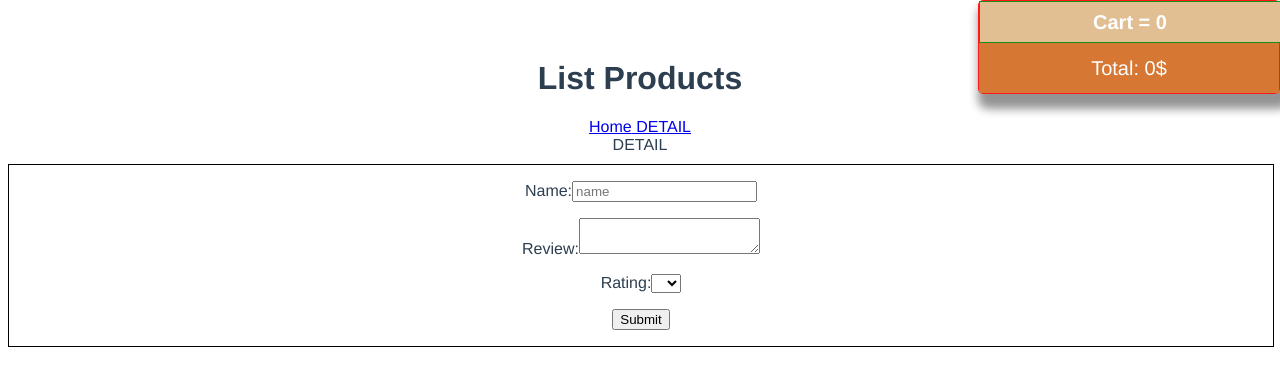
Repository: thanhdat130298/ncc-cart
Page: /#/detail
These files come from the project's save history. The page is drawn as it stood at one moment and after the next save; the edit follows.
The browser window is 1280 px wide. The pictures show the whole page.
The page's requests for data from a server got no answer. The project was rebuilt for these pictures with package versions that can differ from the ones it lists, and the page was loaded fresh each time. No one was signed in, and anything a server would have sent is missing. Also part of the build but not shown: src/components/home.vue.

Above is the page before, as saved 2020-03-18 11:21:52.

### src/main.js
import Vue from "vue";
import App from "./App.vue";
import store from "./store.js";
import router from "./routes"


Vue.config.productionTip = false;
Vue.use({ store });
new Vue({
  store,
  router,
  render: h => h(App)
}).$mount("#app");

### src/App.vue
<template>
  <div id="app">
    <h1>List Products</h1>
    <div>
      <router-link to="/home"> Home</router-link>
      <router-link to="/detail"> DETAIL</router-link>
    </div>
    <router-view />
    <product />
    <cart />
    <review />
  </div>
</template>

 <script>
import product from "./components/product.vue";
import Review from "./components/review.vue";
import Cart from "./components/cart.vue";

export default {
  name: "App",
  components: {
  product,
  Review,
  Cart
  }
};
</script>

<style>
#app {
  font-family: Avenir, Helvetica, Arial, sans-serif;
  -webkit-font-smoothing: antialiased;
  -moz-osx-font-smoothing: grayscale;
  text-align: center;
  color: #2c3e50;
  margin-top: 60px;
}
</style>

### src/store.js
import Vue from "vue";
import Vuex from "vuex";
import axios from "axios";
import VueAxios from "vue-axios";
Vue.use(Vuex);
Vue.use(VueAxios, axios);
export default new Vuex.Store({
  state: {
    products: [],
    carts: []
  },
  getters: {
    getProducts: state => state.products,
    inCart: state => state.carts
  },
  mutations: {
    SAVE_PRODUCT(state, proApi) {
      state.products = proApi;
    },
    SAVE_CART(state, cartApi) {
      state.carts = cartApi;
    },
    updateCart(state, product) {
      let found = this.state.carts.find(array => {
        return array.idPro == product.idPro;
      });
      if (found) {
        found.qty++;
      } else {
        this.state.carts.push({
          qty: 1,
          idPro: product.idPro,
          name: product.name,
          price: product.price
        });
      }
      product.proStatic --;
    }
  },
  actions: {
    //get product from API
    listProduct({ commit }) {
      Vue.axios
        .get("http://localhost:3000/product/get")
        .then(result => {
          commit("SAVE_PRODUCT", result.data);
        })
        .catch(error => {
          throw new Error(`API ${error}`);
        });
    },

    //GET from cart api
    listCart({ commit }) {
      Vue.axios
        .get("http://localhost:3000/cart")
        .then(result => {
          commit("SAVE_CART", result.data);
        })
        .catch(error => {
          throw new Error(`API ${error}`);
        });
    },
    //post to cart API
    saveCart(state, product) {
        Vue.axios
          .post("http://localhost:3000/cart/create", {
            idPro: product.idPro,
            price: product.price,
            name: product.name,
            qty: 1
          })
          .catch(error => {
            console.log(error)
          console.log("else");
          });

    },
    callUpdateCart({ commit }, product) {
      commit("updateCart", product);
    }}
});

### src/routes.js
import Vue from "vue";
import Router from "vue-router";
import home from "@/components/home";
import detail from "@/components/detail";
Vue.use(Router);
export default new Router({
  routes: [
    {
      path: "/home",
      name: "home",
      component: home
    },
    {
      path: "/detail",
      name: 'detail',
      component: detail
    }
  ]
});

### src/components/product.vue
<template>
  <div>
    <div class="container">
      <div class="clear"></div>
      <div v-for="product in arrProduct" :key="product.idPro">
        <div class="product">
          <img :src="product.image" alt="image" />
          <div>{{ product.name }}</div>
          <div class="static">
            <p
              v-if="product.proStatic >= 10"
              style="background-image: linear-gradient(to right, white, green, white);color: white;"
            >
              Selling
            </p>
            <p
              v-else-if="product.proStatic < 10 && product.proStatic > 0"
              style="background-image: linear-gradient(to right, white, red, white);color: white;"
            >
              Limit
            </p>
            <p
              v-else
              style="background-image: linear-gradient(to right, white, #808080, white);color: white;"
            >
              Empty
            </p>
            <ul>
              <li>Meterial: {{ product.meterial }}</li>
              <li>Fabric: {{ product.fabric }}</li>
              <li>Real: {{ product.real }}</li>
              <li>Price: {{ product.price }}</li>
            </ul>
            <button
              v-on:click="updateCart(product)"
              :disabled="!check(product)"
              :class="{ disable: !check(product) }"
            >
              ADD TO CART
            </button>
          </div>
        </div>
      </div>
    </div>
  </div>
</template>

<script>
export default {
  name: "product",
  computed: {
    arrProduct() {
      return this.$store.getters.getProducts;
    }
  },
  created () {
    this.$store.dispatch("listProduct");
  },
  methods: {
    updateCart(product) {
     // console.log("aa", product)
      this.$store.dispatch("callUpdateCart", product);
      this.$store.dispatch("saveCart", product);
    },
    check(product) {
      if (product.proStatic > 0) {
        return true;
      }
      return false;
    }
  }
};
</script>
<style scoped>
.disable {
  background-color: black;
}
.total {
  clear: left;
  color: white;
  height: 50px;
  line-height: 50px;
  font-size: 20px;
  background-color: chocolate;
}
* {
  margin: 0;
  padding: 0;
}
h3 {
  margin: 40px 0 0;
}
.clear {
  clear: left;
}
form {
  width: 70%;
  margin: 0 auto;
  padding: 10px;
}
ul {
  list-style-type: none;
  padding: 0;
}
li {
  margin: 0;
}
h2 {
  margin: 0;
  padding: 0;
}
p {
  margin: 5px;
}
.dis {
  background-color: yellow;
}
a {
  color: #42b983;
}
img {
  height: 300px;
  width: 90%;
}
.container {
}
.fixed > div {
  width: 100%;
}
.fixed {
  border: 1px solid red;
  position: fixed;
  top: 0;
  right: 0;
  margin-bottom: 100px;
  width: 300px;
  background-color: cornsilk;
}
.cartdetail {
  width: 40%;
  border-bottom: 1px solid black;

  float: left;
}
.product {
  border: 1px solid black;
  float: left;
  margin-left: 1%;
  margin-top: 5%;
  width: 24%;
  box-sizing: border-box;
}
.color-box {
  width: 40px;
  margin-left: 30%;
  height: 40px;
}
button {
  background-color:cornflowerblue;
  color: white;
  outline: none;
  height: 30px;
  border-radius: 10px;

  width: 130px;
}
.cart {
  height: 40px;
  line-height: 40px;
  font-size: 20px;
  background-color: burlywood;
  color: white;
  font-weight: bold;
  width: 100%;
  margin: 0;
  border: 1px solid green;
}
</style>

### src/components/review.vue
<template>
  <div class="container">
    <form class="review-form" @submit.prevent="onSubmit">
      <div class="form-right">
        <p>
          <label for="name">Name:</label>
          <input id="name" v-model="name" placeholder="name" />
        </p>
        <p>
          <label for="review">Review:</label>
          <textarea id="review" v-model="review"></textarea>
        </p>
        <p>
          <label for="rating">Rating:</label>
          <select id="rating" v-model.number="rating">
            <option>5</option>
            <option>4</option>
            <option>3</option>
            <option>2</option>
            <option>1</option>
          </select>
        </p>
        <p>
          <input type="submit" value="Submit" />
        </p>
      </div>
      <div v-for="(review,index) in reviews" v-bind:key="index">
        <span>{{ review.name }}</span>
        <span>{{ review.rating }}</span>
        <span>{{ review.review }}</span
        ><br />
      </div>
      <div v-if="errors.length" class="form-left">
        <b> Please correct the following error(s):</b>
        <ul>
          <li v-for="(error,index) in errors" v-bind:key="index">{{ error }}</li>
        </ul>
      </div>
    </form>
  </div>
</template>
<script>
export default {
  name: "Review",
  data() {
    return {
      review: null,
      rating: null,
      name: null,
      errors: [],
      reviews: []
    };
  },
  methods: {
    onSubmit() {
      this.errors.length=3;
      if (this.name && this.review && this.rating) {
        //GET VALUE NAME, REVIEW, RATING
        this.reviews.push({
          name: this.name,
          review: this.review,
          rating: this.rating
        });
        this.errors.length = 0;
      } else {
        if (!this.name) this.errors.push("Name Required!");
        if (!this.review) this.errors.push("Review Required!");
        if (!this.rating) this.errors.push("Rating Required!");
      }
    }
  },
  computed: {
    show() {
      return this.reviews;
    }
  }
};
</script>
<style scoped>
.form-right {
  width: 100%;
  margin-top: 10px;
  float: left;
}
.form-right {
  border: 1px solid black;
}
span {
  margin-left: 5px;
}
li {
  color: red;
  list-style: none;
}
</style>

### src/components/cart.vue
<template>
  <div>
    <div class="fixed">
      <p class="cart">Cart = {{ Counter }}</p>
      <div v-for="cart in inCart" v-bind:key="cart.idPro" class="cartdetail">
        <div>Product Name: {{ cart.name }}</div>
        <div>Product id: {{ cart.idPro }}</div>
        <div>Choosed: {{ cart.qty }}</div>
        <div>Product Price: {{ cart.price }}$</div>
      </div>
      <div class="total">Total: {{ totalPrice }}$</div>
    </div>
  </div>
</template>

<script>
export default {
  name: "Cart",
  computed: {
    inCart() {
      return this.$store.getters.inCart;
    },
    totalPrice() {
      let sum = 0;
      for (let i = 0; i < this.$store.state.carts.length; i++) {
        sum +=
          this.$store.state.carts[i].price * this.$store.state.carts[i].qty;
        //console.log(this.$store.state.carts)
      }
      return sum;
    },
    Counter() {
      let count = 0;
      for (let i = 0; i < this.$store.state.carts.length; i++) {
        count = count + this.$store.state.carts[i].qty;
      }
      return count;
    }
  },
  created() {
    this.$store.dispatch("listCart");
  }
};
</script>
<style scoped>
.disable {
  background-color: black;
}
.total {
  clear: left;
  color: white;
  height: 50px;
  line-height: 50px;
  font-size: 20px;
  background-color: chocolate;
}
* {
  margin: 0;
  padding: 0;
}
h3 {
  margin: 40px 0 0;
}
.clear {
  clear: left;
}
form {
  width: 70%;
  margin: 0 auto;
  padding: 10px;
}
ul {
  list-style-type: none;
  padding: 0;
}
li {
  margin: 0;
}
h2 {
  margin: 0;
  padding: 0;
}
p {
  margin: 5px;
}
.dis {
  background-color: yellow;
}
a {
  color: #42b983;
}
img {
  height: 300px;
  width: 90%;
}
.container {
}
.fixed > div {
  width: 100%;
}
.fixed {
  box-shadow: 5px 10px 10px 5px #888888;
  opacity: 0.9;
  border: 1px solid red;
  position: fixed;
  top: 0;
  right: 0;
  margin-bottom: 100px;
  border-radius: 5px;
  width: 300px;
  background-color: cornsilk;
}
.cartdetail {
  display: none;
  width: 40%;
  border-bottom: 1px solid black;

  float: left;
}
.pro1 {
  border: 1px solid black;
  float: left;
  margin-left: 1%;
  margin-top: 5%;
  width: 24%;
  box-sizing: border-box;
}
.color-box {
  width: 40px;
  margin-left: 30%;
  height: 40px;
}
button {
  background-color: brown;
  color: white;
  outline: none;
  height: 40px;
  width: 70px;
}
.cart {
  height: 40px;
  line-height: 40px;
  font-size: 20px;
  background-color: burlywood;
  color: white;
  font-weight: bold;
  width: 100%;
  margin: 0;
  border: 1px solid green;
}
</style>

### src/components/detail.vue
<template>
    <div>
        DETAIL
    </div>
</template>
<script>
export default {
  name: "detail",
}
</script>

Loaded but not shown: public/index.html (common file)

After the next save:
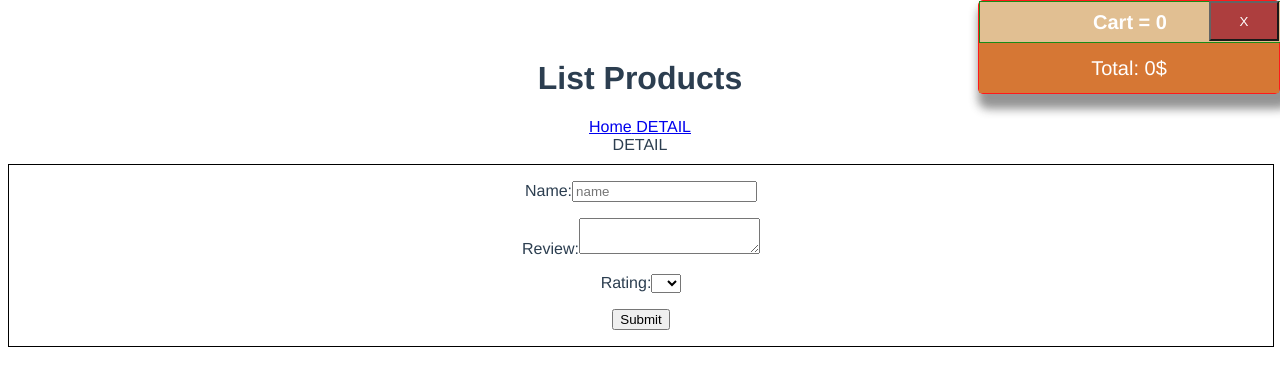
Saved 6 s later.
--- a/src/components/cart.vue
+++ b/src/components/cart.vue
@@ -1,7 +1,7 @@
 <template>
   <div>
     <div class="fixed">
-      <p class="cart">Cart = {{ Counter }}</p>
+      <div class="cart">Cart = {{ Counter }} <button class="x">X</button></div>
       <div v-for="cart in inCart" v-bind:key="cart.idPro" class="cartdetail">
         <div>Product Name: {{ cart.name }}</div>
         <div>Product id: {{ cart.idPro }}</div>
@@ -45,6 +45,12 @@ export default {
 <style scoped>
 .disable {
   background-color: black;
+}
+.x {
+  position: absolute;
+
+  top: 0;
+  right: 0;
 }
 .total {
   clear: left;
